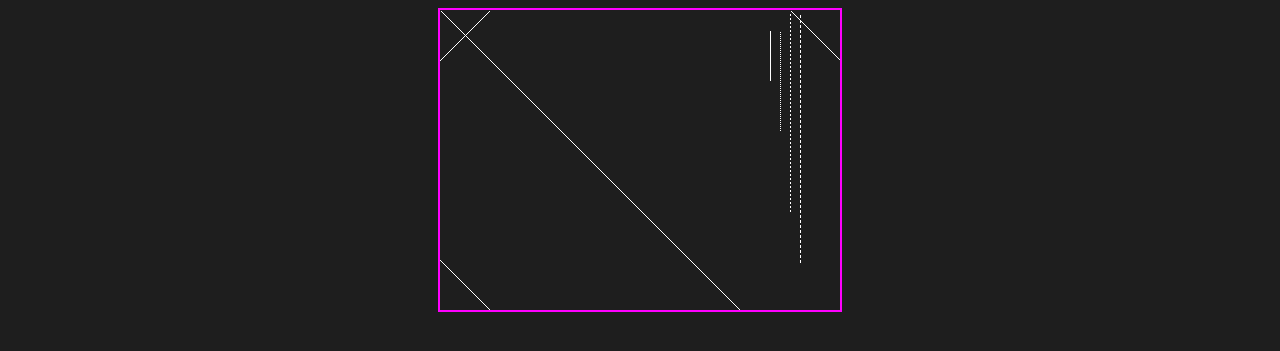
Repository: StarLightGX/miao
Page: paint.html
These files come from the project's save history. The page is drawn as it stood at one moment and after the next save; the edit follows.
The browser window is 1280 px wide. The pictures show the whole page.

Above is the page before, as saved 2020-11-12 20:07:37.

After the next save:
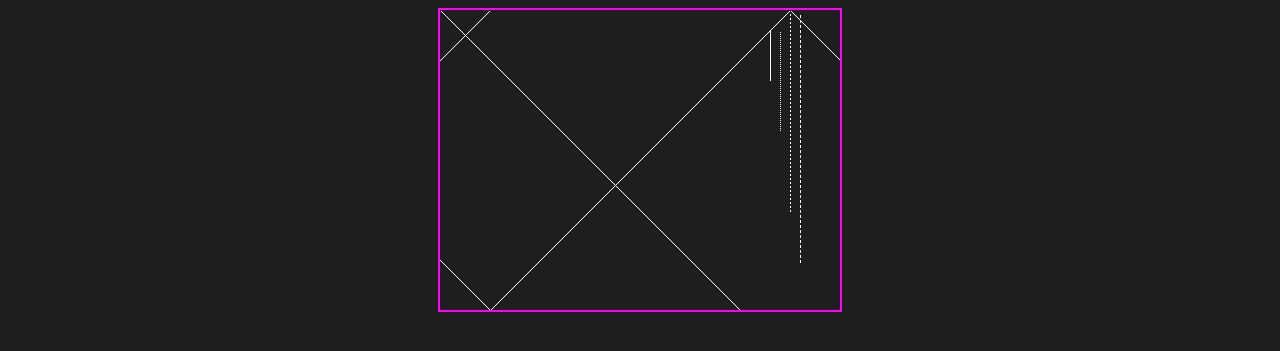
Saved 11 s later.
--- a/paint.html
+++ b/paint.html
@@ -147,7 +147,7 @@
     for (i = 0; i < 1050; i++) {
       y = y + 1;
       x = -y;
-      dot(x, y);
+      dot(x + 350, y);
     }
 
     // 画一条跨越画布左上角和右下角的对角线
